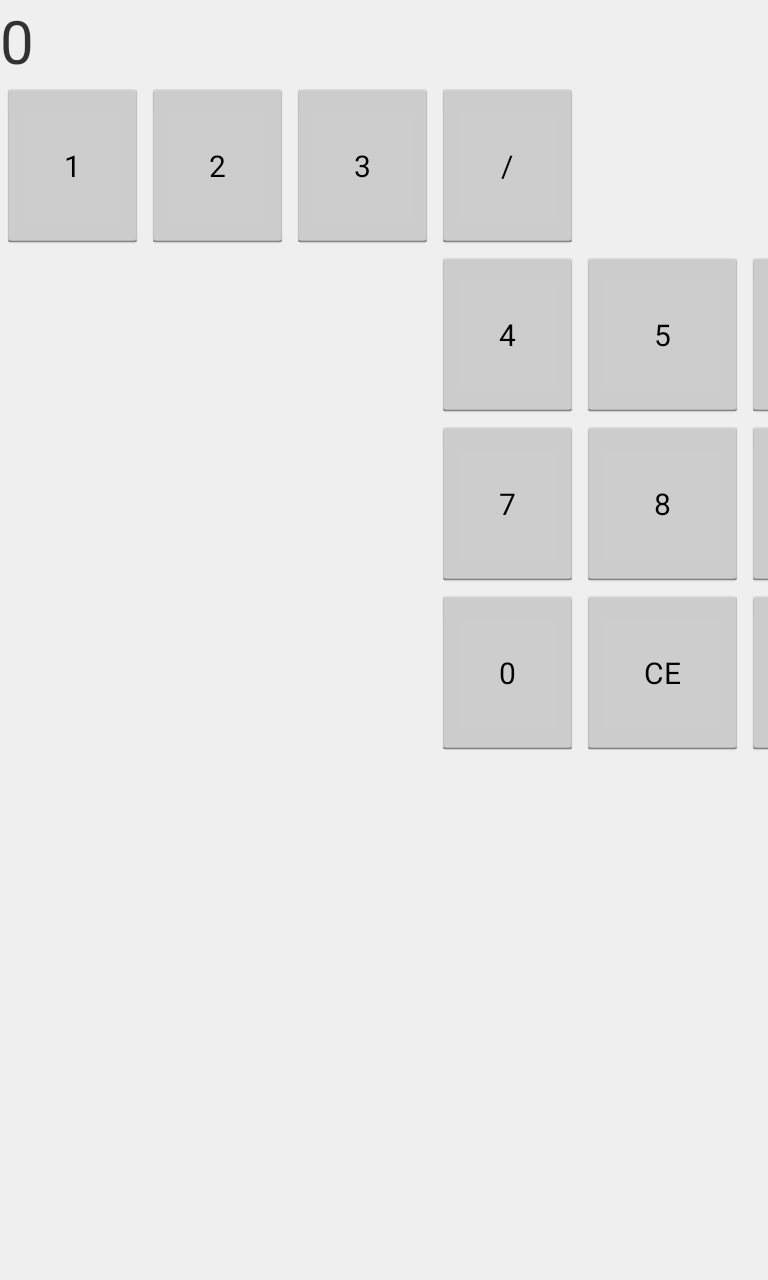
Repository: yrosascu/CursoAndroid
Layout: CalculadoraAndroid/res/layout/activity_calculator_main.xml
These files come from the project's save history. The layout is drawn as it stood at one moment and after the next save; the edit follows.
It is drawn on a 768 x 1280 px phone screen (xhdpi) without system bars, with theme AppTheme; the app's code is not run.

Above is the layout before, as saved 2013-05-17 05:55:51.

After the next save:
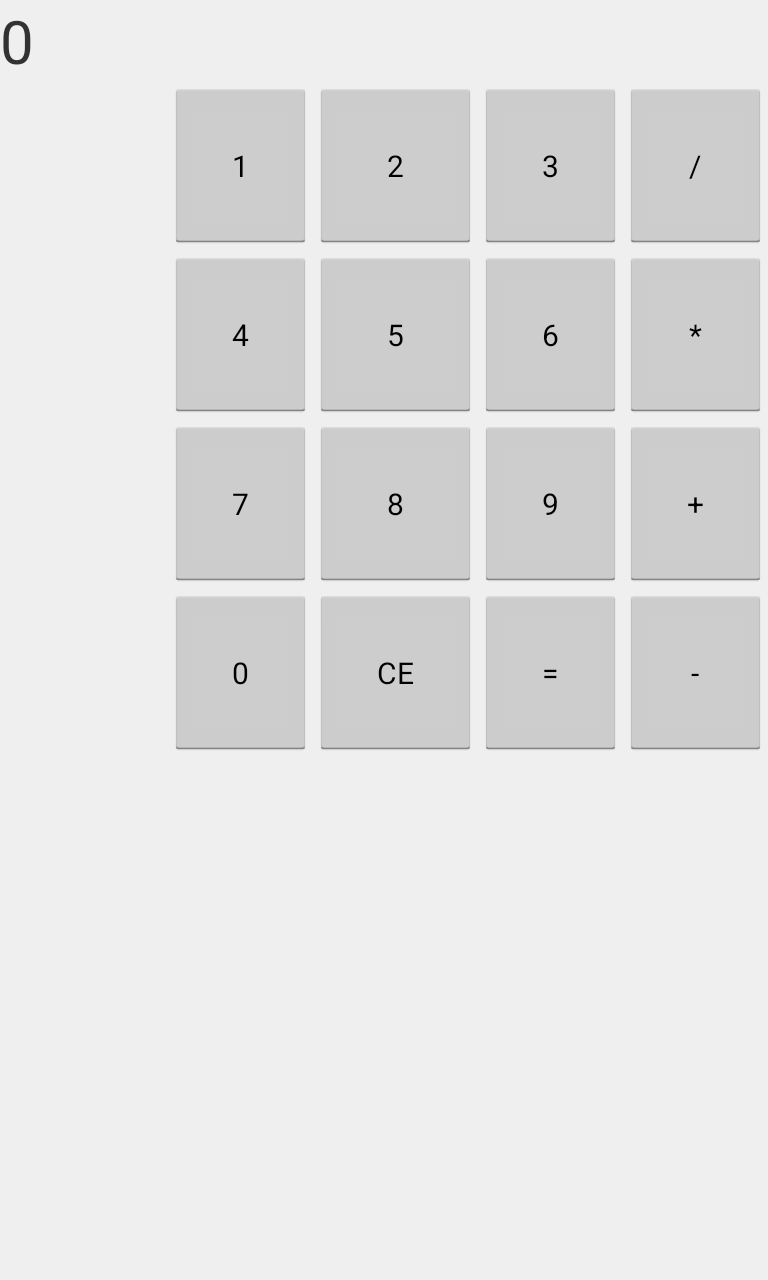
Saved 77 s later.
--- a/CalculadoraAndroid/res/layout/activity_calculator_main.xml
+++ b/CalculadoraAndroid/res/layout/activity_calculator_main.xml
@@ -20,7 +20,7 @@
 
 	<TableRow>
 	    <Button
-	        android:layout_column="1"
+	        android:layout_column="4"
 			android:id="@+id/Boton1"
 			android:layout_width="wrap_content"
 			android:layout_height="wrap_content"
@@ -31,7 +31,7 @@
 
 		</Button>
 		<Button
-			android:layout_column="1"
+			android:layout_column="4"
 			android:id="@+id/Boton2"
 			android:layout_width="wrap_content"
 			android:layout_height="wrap_content"
@@ -40,7 +40,7 @@
 			android:padding="32dp"
 		> </Button>
 		<Button
-			android:layout_column="1"
+			android:layout_column="4"
 			android:id="@+id/Boton3"
 			android:layout_width="wrap_content"
 			android:layout_height="wrap_content"
@@ -50,7 +50,7 @@
 
 		> </Button>
 		<Button
-			android:layout_column="1"
+			android:layout_column="4"
 			android:id="@+id/Botondiv"
 			android:layout_width="wrap_content"
 			android:layout_height="wrap_content"
